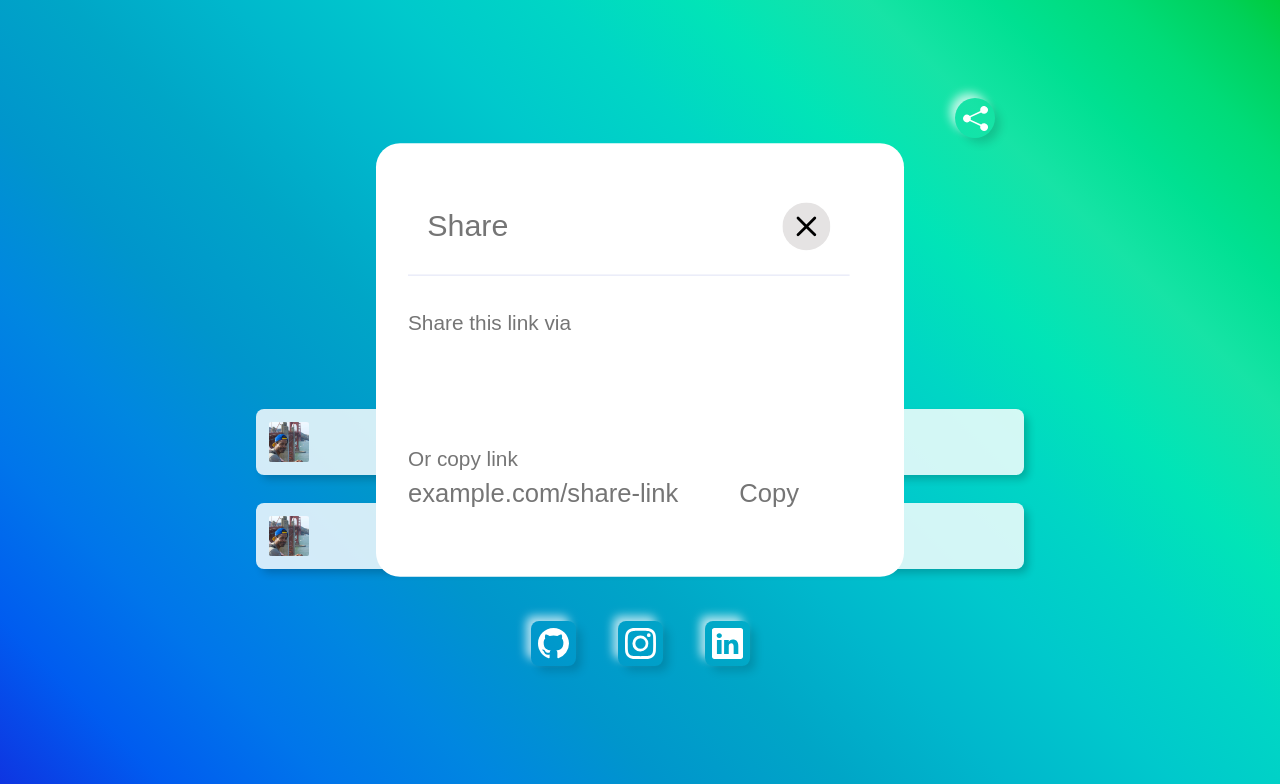
Repository: MateLaDBrouille97/linktree
Page: /
An editor plug-in stored every save of this project. The page is shown before and after the next save, followed by the edit.
The browser window is 1280 px wide. The pictures show the whole page.
The project was rebuilt for these pictures with package versions that can differ from the ones it lists, and the page was loaded fresh each time. The framework's server and built-in components were replaced by stand-ins that run in the browser. Also part of the build but not shown: next.config.js, styles/Home.module.css, styles/scrollup.css.

Above is the page before, as saved 2023-01-24 00:04:39.

### app/layout.tsx
"use client";

import '@/styles/globals.css'
import '../styles/Home.module.css';
import '../styles/scrollup.css';
import '../styles/home.css';
import '../styles/socials.css';
import '../styles/share.css';
import ScrollDow from '../components/ScrollDow';
import ScrollUp from '../components/scrollup/ScrollUp'

export default function RootLayout({
    children,
  }: {
    children: React.ReactNode;
  }) {
    return (
      <html lang="en">
        <body>{children}</body>
        {/* <ScrollDow/> */}
        {/* <ScrollUp/> */}
      </html>
    );
  }

### app/page.tsx
"use client";

import Image from "next/image";
import data from "data.json";
import image from "../public/ManuelTL2.jpg";
import image1 from "../public/ManuelTL2.jpg";
import { useEffect, useState } from "react";
import Socials from "../components/Socials";
import Share from "@/components/Share";

function LinkCard({
  href,
  title,
  image,
}: {
  href: string;
  title: string;
  image?: string;
}) {
  return (
    <a
      href={href}
      className="flex items-center p-3 w-full rounded-lg hover:scale-105 transition-all bg-gray-100 mb-3 -mt-2 max-w-3xl home__linkcard-box"
    >
      <div className="flex text-center w-full home__linkcard-card">
        <div className="w-10 h-10 home__linkcard-img">
          {image1 && (
            <Image
              className="rounded-sm"
              alt={data.name}
              src={image1}
              width={40}
              height={40}
            />
          )}
        </div>
        <h2 className="flex justify-center items-center font-semibold w-full text-gray-700 -ml-10 home__linkcard-title">
          {title}
        </h2>
      </div>
    </a>
  );
}

export default function Home() {
  /*==================== Toggle Menu ====================== */
  const [toggle, showMenu] = useState(false);
  const [activeNav, setActiveNav] = useState("#home");

  /* +++++++++++++++++++++++++++++++++++++++++++++++++ */
  // const { dbUser, image } = useUserContext();

  // const breakpoints = (width) => {
  //   if (width < 640) {
  //     return "xs";
  //   } else if (width >= 640 && width < 768) {
  //     return "sm";
  //   } else if (width >= 768 && width < 1024) {
  //     return "md";
  //   } else if (width >= 1024) {
  //     return "lg";
  //   }
  // };

  // const [breakpoint, setBreakpoint] = useState(() =>
  //   breakpoints(typeof window !== "undefined" && window.innerWidth)
  // );

  useEffect(() => {
    if (toggle) {
      // const calcInnerWidth = function () {
      //   setBreakpoint(breakpoints(window.innerWidth));
      // };
      // window.addEventListener("resize", calcInnerWidth);
      window.addEventListener("scroll", function () {
        const header = this.document.querySelector(".header");
        //scroll higher than 200 viewport height
        //add scroll header class to a tag with the scroll-top
        if (this.scrollY >= 80) header?.classList.add("scroll-header");
        else header?.classList.remove("scroll-header");
      });
    }
  }, []);

  useEffect(() => {
    showMenu(true);
  }, []);

  return (
    <div className="flex items-center flex-col mx-auto w-full justify-center mt-16 px-8 ">
      <Share/>
      <a
        href="#home"
        onClick={() => setActiveNav("#home")}
        // className={
        //   activeNav === "#home" ? "nav__logo active-link" : "nav__logo"
        // }
      >
        <Image
          className="rounded-full"
          alt={data.name}
          src={image}
          width={96}
          height={96}
        />
      </a>

      <h1 className="font-semibold mt-4 mb-8 text-xl" style={{color:"white"}}>{data.name}</h1>
      <h3 className="home__description" style={{color:"white"}}>{data.small_description}</h3>

      <div className="grid place-items-center w-full mt-2">
        {data.links.map((link) => (
          <LinkCard key={link.href} {...link} />
        ))}
      </div>

      <div className="gap-3 items-center flex mt-10">
        {data?.socials?.map((social) => {
         return(

          <Socials title={social?.title} key={social?.href} />
          )
        })}
      </div>
    </div>
  );
}

### styles/globals.css
@tailwind base;
@tailwind components;
@tailwind utilities;

body{
  height:100vh;
  background-image: linear-gradient(
  45deg,
  hsl(229deg 88% 47%) 0%,
  hsl(217deg 100% 47%) 8%,
  hsl(210deg 100% 46%) 16%,
  hsl(204deg 100% 44%) 24%,
  hsl(196deg 100% 40%) 32%,
  hsl(190deg 100% 39%) 41%,
  hsl(186deg 100% 40%) 49%,
  hsl(181deg 100% 40%) 57%,
  hsl(175deg 100% 42%) 65%,
  hsl(168deg 99% 45%) 72%,
  hsl(162deg 82% 49%) 80%,
  hsl(159deg 100% 44%) 86%,
  hsl(153deg 100% 43%) 92%,
  hsl(146deg 100% 41%) 97%,
  hsl(138deg 100% 40%) 100%
);
}

@import  url('https://api.iconify.design/material-symbols/arrow-upward.svg');

/*=============== GOOGLE FONTS ===============*/
@import url("https://fonts.googleapis.com/css2?family=Poppins:wght@400;500;600&display=swap");

/*=================== NEXT.JS ================*/

html,
body {
  padding: 0;
  margin: 0;
  font-family: -apple-system, BlinkMacSystemFont, Segoe UI, Roboto, Oxygen,
    Ubuntu, Cantarell, Fira Sans, Droid Sans, Helvetica Neue, sans-serif;
}

h1 {
  font-size: 1.75rem;
}




/*=============== VARIABLES CSS ===============*/
:root {
  --header-height: 3rem;

  /*========== Colors ==========*/
  /*Color mode HSL(hue, saturation, lightness)*/
  --hue: 0;
  --sat: 0%;
  --title-color: hsl(var(--hue), var(--sat), 20%);
  --title-color-dark: hsl(var(--hue), var(--sat), 0%);
  --text-color: hsl(var(--hue), var(--sat), 46%);
  --body-color: hsl(var(--hue), var(--sat), 98%);
  --container-color: #fff;

  /*========== Font and typography ==========*/
  --body-font: "Poppins", sans-serif;

  /*.5rem = 8px | 1rem = 16px ...*/
  --big-font-size: 3.5rem;
  --h1-font-size: 2.75rem;
  --h2-font-size: 1.5rem;
  --h3-font-size: 1.25rem;
  --normal-font-size: 1rem;
  --small-font-size: 0.875rem;
  --smaller-font-size: 0.813rem;
  --tiny-font-size: 0.625rem;

  /*========== Font weight ==========*/
  --font-normal: 400;
  --font-medium: 500;
  --font-semi-bold: 600;

  /*========== Margenes Bottom ==========*/
  /*.5rem = 8px | 1rem = 16px ...*/
  --mb-0-25: 0.25rem;
  --mb-0-5: 0.5rem;
  --mb-0-75: 0.75rem;
  --mb-1: 1rem;
  --mb-1-5: 1.5rem;
  --mb-2: 2rem;
  --mb-2-5: 2.5rem;
  --mb-3: 3rem;

  /*========== z index ==========*/
  --z-tooltip: 10;
  --z-fixed: 100;
  --z-modal: 1000;
}

/* Responsive typography */
@media screen and (max-width: 992px) {
  :root {
    --big-font-size: 2.75rem;
    --h1-font-size: 1.5rem;
    --h2-font-size: 1.25rem;
    --h3-font-size: 1rem;
    --normal-font-size: 0.938rem;
    --small-font-size: 0.813rem;
    --smaller-font-size: 0.75rem;
  }
}

/*=============== BASE ===============*/
* {
  margin: 0;
  padding: 0;
  box-sizing: border-box;
}

html {
  scroll-behavior: smooth;
}

body,
button,
input,
textarea {
  font-family: var(--body-font);
  font-size: var(--normal-font-size);
}

body {
  background-color: var(--body-color);
  color: var(--text-color);
}

h1,
h2,
h3 {
  color: var(--title-color);
  font-weight: var(--font-semi-bold);
}

ul {
  list-style: none;
}

a {
  text-decoration: none;
}

button {
  cursor: pointer;
  border: none;
  outline: none;
}

img {
  max-width: 100%;
  height: auto;
}

/*=============== REUSABLE CSS CLASSES ===============*/
.section {
  padding: 6rem 0 2rem;
}

.section__title {
  font-size: var(--h1-font-size);
  color: var(--title-color);
}

.section__subtitle {
  display: block;
  font-size: var(--normal-font-size);
  margin-bottom: 4rem;
}

.section__title,
.section__subtitle {
  text-align: center;
}

/*=============== LAYOUT ===============*/
.container {
  max-width: 968px;
  margin-left: auto;
  margin-right: auto;
}

.grid {
  display: grid;
  gap: 1.5rem;
}

/*=============== BUTTONS ===============*/
.button {
  display: inline-block;
  background-color:rgb(100, 189, 140);
  color: var(--container-color);
  padding: 1.25rem 2rem;
  border-radius: 1rem;
  font-weight: var(--font-medium);
}

.button:hover {
  background-color: rgb(81, 209, 138);
  color: var(--container-color);
}

.button__icon {
  margin-left: var(--mb-0-5);
}

.button--flex {
  display: inline-flex;
  align-items: center;

}




/*=============== BREAKPOINTS ===============*/
/* For large devices */
@media screen and (max-width: 992px) {
  .container {
    margin-left: var(--mb-1-5);
    margin-right: var(--mb-1-5);
  }

  .button {
    padding: 1rem 1.75rem;
  }

  .button__icon {
    width: 22px;
    height: 22px;
  }
}

/* For medium devices */
@media screen and (max-width: 768px) {
  body {
    margin: 0 0 var(--header-height) 0;
  }

  .section {
    padding: 2rem 0 4rem;
  }

  .section__subtitle {
    margin-bottom: var(--mb-3);
  }
}

@media screen and (max-width: 576px) {

}

/* For small devices */
@media screen and (max-width: 350px) {
  :root {
    --big-font-size: 2.25rem;
  }

  .container {
    margin-left: var(--mb-1);
    margin-right: var(--mb-1);
  }
}

### styles/home.css
.home__container{
    row-gap: 7rem;
}

.home__content{
    grid-template-columns: 116px repeat(2, 1fr);
    padding-top: 5.5rem;
    column-gap: 2rem;
    align-items: center;
}

.home__social{
    display:grid;
    grid-template-columns: max-content;
    row-gap: 1rem;
}

.home__social-icon{
    font-size:1.25rem;
    color: var(--title-color);
}

.home__social-icon:hover{
    color:rgb(165, 30, 75);
}



.home__social-icon:hover{
    color: var(--title-color-dark);
}

.home__title{
    font-size:var(--h1-font-size);
    margin-bottom:var(--mb-0-25);
}

.home__hand{
    width: 38px;
    height: 38px;
    margin-left: 0.4rem;
}

.home__subtitle{
    position: relative;
    font-size:var(--h3-font-size);
    padding-left: 5.4rem;
    font-weight: var(--font-normal);
    margin-bottom: var(--mb-1);
}

.home__subtitle::before{
    content:'';
    position:absolute;
    width: 70px;
    height:1px;
    background-color:var(--text-color);
    left:0;
    top:1rem;
}

.home__description{
    max-width:400px;
    margin-bottom: var(--mb-3);
    line-height: 1.7;
}

.home__linkcard-box{
    background-color: rgba(255, 255, 255, 0.829);
    border-color: whitesmoke;
    border-width: 3px;
    transition: transform 0.5s;
    box-shadow: 5px 5px 9px -1px rgba(0,0,0,0.2);

    border: 1px solid rgba(0,0,0,0);
    transition: transform 0.5s;
}

.home__linkcard-box:hover{
    box-shadow: 10px 10px 0px -1px rgba(0,0,0,0.15),
                1px 1px 0.5px  rgba(0,0,0,0.15),
                0px -12px 10px -10px  rgba(0,0,0,0.05);
     border: 1px solid   rgba(0,0,0,0.1);
    /* transform:translateY(-2px)  ;    */
}

.home__linkcard-box::after{
    transition: transform 0.5s;
}

.home__linkcard-box:hover::after .home__linkcard-title {
    transition: transform 0.7s;
}

.home__linkcard-box:hover::after .home__linkcard-img {
    transition: transform 0.7s;
}

.home__linkcard-box:hover .home__linkcard-title{
    transform:scale(1.05);
    transition: transform 0.5s;
}

.home__linkcard-box:hover .home__linkcard-img{
    transform:scale(1.15);
    transition: transform 0.5s;
}




.home__img{
/* background: url(../../assets/Mur.jpg); */
background-repeat: no-repeat;
background-position: center;
background-size: cover;
box-shadow: inset 0 0 0 9px rgb(255 255 255/30%);
order: 1;
justify-self: center;
width:375px ;
height: 350px;
animation: profile__animate 8s ease-in-out infinite 1s;
}

@keyframes profile__animate {
    0%{
        border-radius: 60% 40% 30% 70%/60% 30% 70% 40%;
    }

    50%{
        border-radius: 30% 60% 70% 40%/50% 60% 30% 60%;
    }

    100%{
        border-radius: 60% 40% 30% 70%/60% 30% 70% 40%;
    }
}

.home__scroll{
    position:fixed;
    left: 2.5rem;
    bottom: 3rem;
    /* opacity:0.8; */
    padding:0.3rem 0.5rem;
    border-radius:0.4rem;
    z-index: var(--z-tooltip);
    transition: .4s;
}


.wheel {
    animation: scroll 2s ease infinite;
}

@keyframes scroll{
    0% {
        transform: translateY(0);
    }
    30% {
        transform: translateY(3.7rem);
    }

}


.home__scroll-name{
    color: rgba(255, 255, 255, 0.829);
    font-weight: var(--font-medium);
    margin-right: var(--mb-0-25);
    margin-left: 2px;
}

.home__scroll-arrow{
    font-size: 1.25rem;
    color: rgba(255, 255, 255, 0.829);
}


/*=============== BREAKPOINTS ===============*/
/* For large devices */
@media screen and (max-width: 992px) {
    .home__content{
        grid-template-columns: 100px repeat(2, 1fr);
        column-gap: 1.25rem;

    }

    .home__hand{
        width:26px;
        height:26px;
    }

    .home__subtitle{
        padding-left: 3.75rem;
        margin-bottom: var(--mb-1);

    }

    .home__subtitle::before {
        width:42px;
        top:0.8rem;
    }

    .home__description{
        max-width: initial;
        margin-bottom: var(--mb-2-5);
    }

    .home__img{
        width:250px;
        height:250px;
        box-shadow:inset 0 0 0 8px rgb(255 255 255/30%)
    }

    .home__scroll{
        margin-left: 7.5rem;
    }



  }

  /* For medium devices */
  @media screen and (max-width: 768px) {
    .home__content{
        grid-template-columns: 0.5fr 3fr;
        padding-top: 3.5rem;
    }

    .home__img{
        order:initial;/* ordre d'apparition de l'element*/
        justify-self: initial;
        box-shadow: inset 0 0 0 9px rgb(255 255 255/30%);
        width:200px;
        height: 200px;
    }

    .home__data{
        grid-column:1/3;
    }

    .home__scroll{
        display:none;
    }


  }



  /* For small devices */
  @media screen and (max-width: 350px) {


    .home__img{

        width:180px ;
        height: 180px;
    }

    .home__hand{
        width:22px;
        height:22px;
    }


  }

### styles/socials.css
/* .social__link{
    color: var(--container-color);
    font-size: 1.125rem;
    padding: 0.4rem;
    border-radius:1.5rem;
    display: inline-flex;
} */
/*
.social__link:hover{
    background-color:rgba(44, 203, 224, 0.986);
} */

.social__link{
    display:flex;
    /* background-color: var(--container-color); */
    color: var(--container-color);
    height: 45px;
    width: 45px;
    margin: 0 15px;
    border-radius: 8px;
    align-items: center;
    justify-content:center;
    text-decoration: none;
    box-shadow: 6px 6px 10px -1px rgba(0,0,0,0.15),
                -6px -6px 10px -1px rgba(255,255,255,0.7);
    border: 1px solid   rgba(0,0,0,0);
    transition: transform 0.5s;
}

a svg {
    font-size: 38px;
    color: white;
    transition: transform 0.5s;
}


.social__link:hover{
    background-color: rgba(255, 255, 255, 0.829);
    box-shadow: inset 4px 4px 6px -1px rgba(0,0,0,0.2),
                inset -4px -4px 6px -1px rgba(255,255,255,0.7),
                -0.5px -0.5px 0px  rgba(255,255,255,1),
                0.5px 0.5px 0px  rgba(0,0,0,0.15),
                0px -12px 10px -10px  rgba(0,0,0,0.05);
    border: 1px solid   rgba(0,0,0,0.1);
    transform:translateY(2px)  ;
}


a:hover svg{
    transform: scale(1.10);
    fill: black;
    transition: transform 0.5s;
}

a:hover .bi-linkedin{
    fill:rgb(18, 83, 203) ;
    transform:scale(1.10);
    transition: transform 0.5s;
}

a:hover .bi-instagram{
    fill:#e64771;
    transform:scale(1.10);
    transition: transform 0.5s;
}


/*=============== BREAKPOINTS ===============*/
/* For large devices */
@media screen and (max-width: 992px) {


    .social__link:hover{

        box-shadow: inset 4px 4px 6px -1px rgba(0,0,0,0.2),
                    inset -4px -4px 6px -1px rgba(255,255,255,0.7),
                    -0.5px -0.5px 0px  rgba(255,255,255,1),
                    0.5px 0.5px 0px  rgba(0,0,0,0.15),
                    0px -12px 10px -10px  rgba(0,0,0,0.05);
        border: 1px solid   rgba(0,0,0,0.1);
        transform:translateY(2px)  ;
    }




  }

  /* For medium devices */
  @media screen and (max-width: 768px) {




  }



  /* For small devices */
  @media screen and (max-width: 350px) {





  }

### styles/share.css
/*          Share   Items  */

.share-link {
  display: flex;
  color: var(--container-color);
  height: 45px;
  width: 45px;
  margin: 0 15px;
  border-radius: 22px;
  align-items: center;
  justify-content: center;
  text-decoration: none;
  box-shadow: 6px 6px 10px -1px rgba(0, 0, 0, 0.15),
    -6px -6px 10px -1px rgba(255, 255, 255, 0.7);
  border: 1px solid rgba(0, 0, 0, 0);
  transition: transform 0.5s;
}

.share-link:hover {
  background-color: rgba(255, 255, 255, 0.829);
  box-shadow: inset 4px 4px 6px -1px rgba(0, 0, 0, 0.2),
    inset -4px -4px 6px -1px rgba(255, 255, 255, 0.7),
    -0.5px -0.5px 0px rgba(255, 255, 255, 1),
    0.5px 0.5px 0px rgba(0, 0, 0, 0.15),
    0px -12px 10px -10px rgba(0, 0, 0, 0.05);
  border: 1px solid rgba(0, 0, 0, 0.1);
  transform: translateY(2px);
}

/* .share-link .bi-share-fill{
    fill: white;
} */

.share-link:hover .bi-share-fill {
  fill: black;
  transform: scale(1.1);
  transition: transform 0.5s;
}

header {
  width: 95%;
  max-width: 788px;
  display: flex;
  justify-content: flex-end;
  padding: 12px;
  margin-top: 5px;
}

.share-button {
  width: 40px;
  height: 40px;
  border-radius: 20px;
  color: var(--container-color);
}

.share {
  width: 95%;
  max-width: 788px;
  display: flex;
  justify-content: flex-end;
  padding: 12px;
  margin-top: 5px;
  z-index: 10;
}

.modal-share {
  position: absolute;
  top: 50%;
  left: 50%;
  transform: translate(-50%, -50%) scale(1.6);
  background: var(--container-color);
  padding: 20px;
  border-radius: 15px;
  max-width: 330px;
  width: 60%;
}

.modal-share :is(header, .icons) {
  display: flex;
  align-items: center;
  justify-content: space-between;
}

.modal-share header {
  padding-bottom: 15px;
  border-bottom: 1px solid #ebedf9;
}

header .close .icons a {
  display: flex;
  align-items: center;
  justify-content: center;
  border-radius: 50%;
}

header .close {
  height: 33px;
  width: 33px;
  background: var(--container-color);
  cursor: pointer;
}

.modal-title {
  font-size: 19px;
  font-weight: 500;
}

.modal-share .content {
  margin: 20px 0;
}

.content p {
  font-size: 13px;
}

.content .icons {
  margin: 15px 0 20px 0;
}

.close .bi-x {

  height: 30px;
  width: 30px;
  border-radius: 15px;
  background-color:#e5e3e3;
  border: 1px solid transparent;
  text-decoration: none;
  display: flex;
  justify-content: flex-end;
  align-items: flex-end;
}

.icons a {
  height: 30px;
  width: 30px;
  border: 1px solid transparent;
  text-decoration: none;
  display: flex;
  justify-content: center;
  align-items: center;
}

.icons a .social__link-share .svg{
    fill: #e5e3e3c9
}

### components/Socials.tsx
function GitHubIcon() {
  return (
    <a href="https://github.com/LuckyMate97" className="social__link">
      <svg xmlns="http://www.w3.org/2000/svg" width="31" height="31" fill="white" className="bi bi-github" viewBox="0 0 16 16"> <path d="M8 0C3.58 0 0 3.58 0 8c0 3.54 2.29 6.53 5.47 7.59.4.07.55-.17.55-.38 0-.19-.01-.82-.01-1.49-2.01.37-2.53-.49-2.69-.94-.09-.23-.48-.94-.82-1.13-.28-.15-.68-.52-.01-.53.63-.01 1.08.58 1.23.82.72 1.21 1.87.87 2.33.66.07-.52.28-.87.51-1.07-1.78-.2-3.64-.89-3.64-3.95 0-.87.31-1.59.82-2.15-.08-.2-.36-1.02.08-2.12 0 0 .67-.21 2.2.82.64-.18 1.32-.27 2-.27.68 0 1.36.09 2 .27 1.53-1.04 2.2-.82 2.2-.82.44 1.1.16 1.92.08 2.12.51.56.82 1.27.82 2.15 0 3.07-1.87 3.75-3.65 3.95.29.25.54.73.54 1.48 0 1.07-.01 1.93-.01 2.2 0 .21.15.46.55.38A8.012 8.012 0 0 0 16 8c0-4.42-3.58-8-8-8z"/> </svg>
    </a>
  );
}

function InstagramIcon() {
  return (
    <a href="https://www.instagram.com/oto.mata33/" className="social__link">
      <svg xmlns="http://www.w3.org/2000/svg" width="31" height="31" fill="white" className="bi bi-instagram" viewBox="0 0 16 16"> <path d="M8 0C5.829 0 5.556.01 4.703.048 3.85.088 3.269.222 2.76.42a3.917 3.917 0 0 0-1.417.923A3.927 3.927 0 0 0 .42 2.76C.222 3.268.087 3.85.048 4.7.01 5.555 0 5.827 0 8.001c0 2.172.01 2.444.048 3.297.04.852.174 1.433.372 1.942.205.526.478.972.923 1.417.444.445.89.719 1.416.923.51.198 1.09.333 1.942.372C5.555 15.99 5.827 16 8 16s2.444-.01 3.298-.048c.851-.04 1.434-.174 1.943-.372a3.916 3.916 0 0 0 1.416-.923c.445-.445.718-.891.923-1.417.197-.509.332-1.09.372-1.942C15.99 10.445 16 10.173 16 8s-.01-2.445-.048-3.299c-.04-.851-.175-1.433-.372-1.941a3.926 3.926 0 0 0-.923-1.417A3.911 3.911 0 0 0 13.24.42c-.51-.198-1.092-.333-1.943-.372C10.443.01 10.172 0 7.998 0h.003zm-.717 1.442h.718c2.136 0 2.389.007 3.232.046.78.035 1.204.166 1.486.275.373.145.64.319.92.599.28.28.453.546.598.92.11.281.24.705.275 1.485.039.843.047 1.096.047 3.231s-.008 2.389-.047 3.232c-.035.78-.166 1.203-.275 1.485a2.47 2.47 0 0 1-.599.919c-.28.28-.546.453-.92.598-.28.11-.704.24-1.485.276-.843.038-1.096.047-3.232.047s-2.39-.009-3.233-.047c-.78-.036-1.203-.166-1.485-.276a2.478 2.478 0 0 1-.92-.598 2.48 2.48 0 0 1-.6-.92c-.109-.281-.24-.705-.275-1.485-.038-.843-.046-1.096-.046-3.233 0-2.136.008-2.388.046-3.231.036-.78.166-1.204.276-1.486.145-.373.319-.64.599-.92.28-.28.546-.453.92-.598.282-.11.705-.24 1.485-.276.738-.034 1.024-.044 2.515-.045v.002zm4.988 1.328a.96.96 0 1 0 0 1.92.96.96 0 0 0 0-1.92zm-4.27 1.122a4.109 4.109 0 1 0 0 8.217 4.109 4.109 0 0 0 0-8.217zm0 1.441a2.667 2.667 0 1 1 0 5.334 2.667 2.667 0 0 1 0-5.334z"/> </svg>
    </a>
  );
}

function LinkedInIcon() {
  return (
    <a href="https://ca.linkedin.com/" className="social__link">
      <svg xmlns="http://www.w3.org/2000/svg" width="31" height="31" fill="white" className="bi bi-linkedin" viewBox="0 0 16 16"> <path d="M0 1.146C0 .513.526 0 1.175 0h13.65C15.474 0 16 .513 16 1.146v13.708c0 .633-.526 1.146-1.175 1.146H1.175C.526 16 0 15.487 0 14.854V1.146zm4.943 12.248V6.169H2.542v7.225h2.401zm-1.2-8.212c.837 0 1.358-.554 1.358-1.248-.015-.709-.52-1.248-1.342-1.248-.822 0-1.359.54-1.359 1.248 0 .694.521 1.248 1.327 1.248h.016zm4.908 8.212V9.359c0-.216.016-.432.08-.586.173-.431.568-.878 1.232-.878.869 0 1.216.662 1.216 1.634v3.865h2.401V9.25c0-2.22-1.184-3.252-2.764-3.252-1.274 0-1.845.7-2.165 1.193v.025h-.016a5.54 5.54 0 0 1 .016-.025V6.169h-2.4c.03.678 0 7.225 0 7.225h2.4z"/> </svg>
    </a>
  );
}

function Socials({ title }:{title?:string;}) {
  if (title == "Instagram") {
    return <InstagramIcon  />;
  }
  if (title == "Github") {
    return <GitHubIcon  />;
  }
  if (title == "LinkedIn") {
    return <LinkedInIcon  />;
  }
}

export default Socials;

Loaded but not shown: data.json (35 lines, source omitted); tailwind.config.js (13 lines, source omitted); components/Share.tsx (116 lines, source omitted)

After the next save:
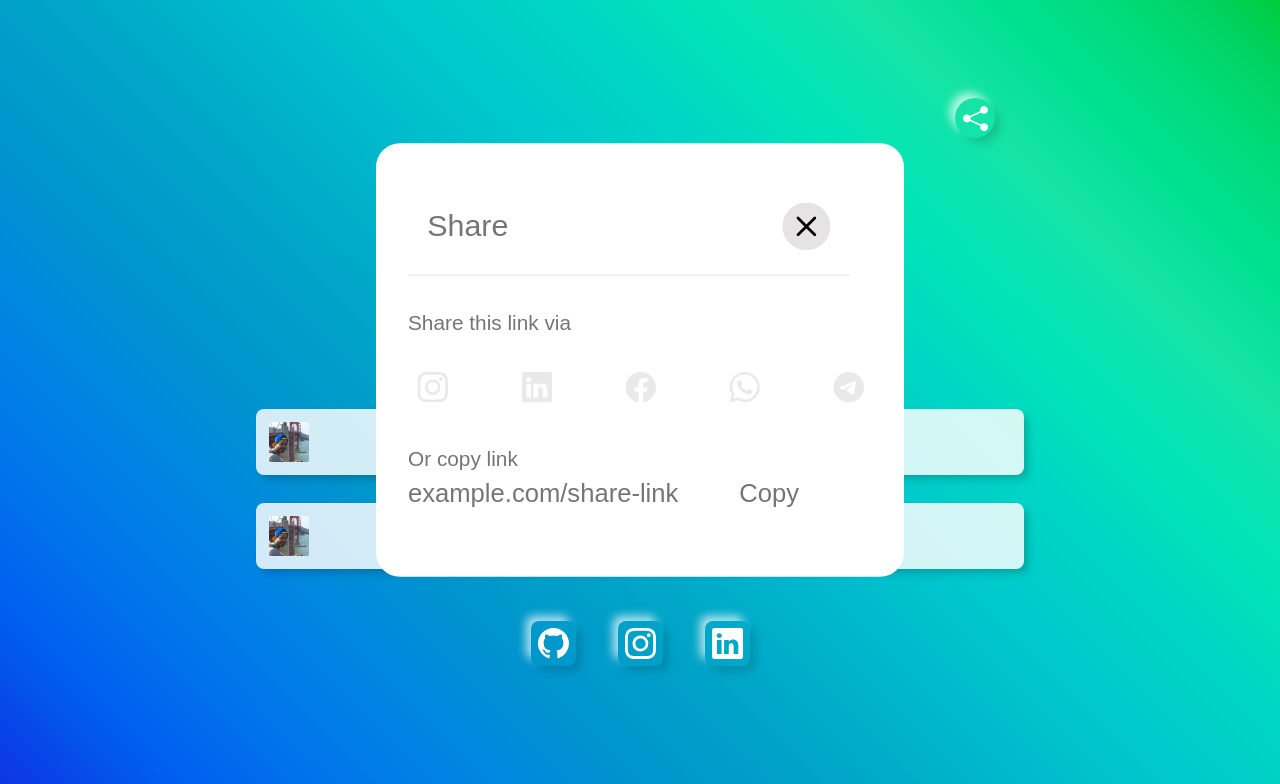
Saved 29 s later.
--- a/styles/share.css
+++ b/styles/share.css
@@ -140,6 +140,6 @@ header .close {
   align-items: center;
 }
 
-.icons a .social__link-share .svg{
+.icons svg {
     fill: #e5e3e3c9
 }
